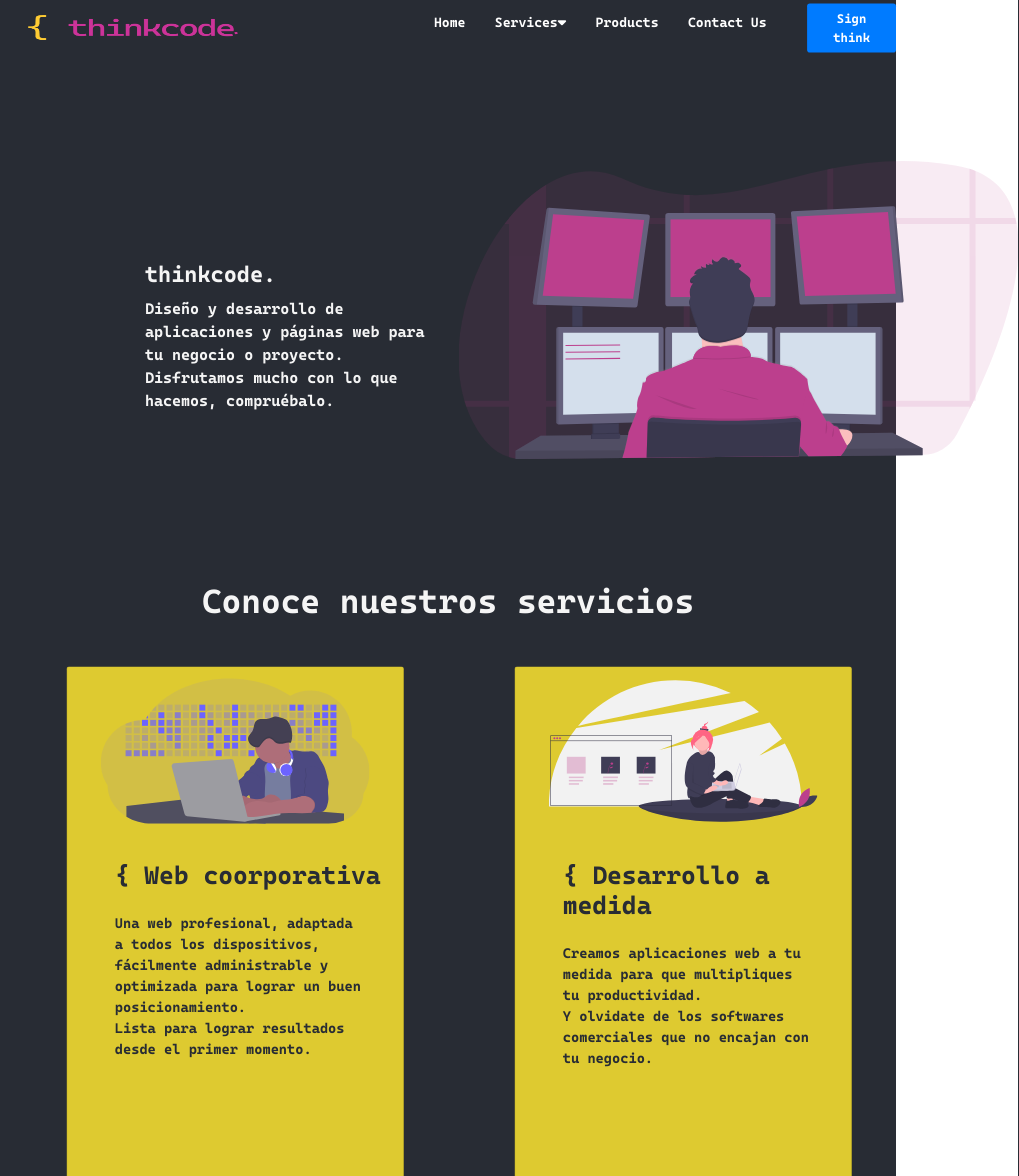
Repository: banchiec/thinkcode
Page: /
These files come from the project's save history. The page is drawn as it stood at one moment and after the next save; the edit follows.
The browser window is 1280 px wide. The page is 1455 px wide, so the pictures cover 1455 px, including what lies to the right of the window. The pictures show the part of the page from y = 0 to 1680 px (the page is 3430 px tall), at 70% of full size.
Some web libraries are served in a nearby version. The project was rebuilt for these pictures with package versions that can differ from the ones it lists, and the page was loaded fresh each time. A package was used in the major version that the imports need, not the one package.json lists. Also part of the build but not shown: src/components/MenuItems.js, src/components/Dropdownthink.css, src/components/Dropdownthink.js, src/components/pages/Consulting.js, src/components/pages/ContactUs.js, src/components/pages/Marketing.js, src/components/pages/Products.js, src/components/pages/Services.js and 1 more.

Above is the page before, as saved 2020-11-27 11:06:18.

### public/index.html
<!DOCTYPE html>
<html lang="en">
  <head>
    <meta charset="utf-8" />
    <link rel="icon" href="%PUBLIC_URL%/favicon.ico" />
    <meta name="viewport" content="width=device-width, initial-scale=1" />
    <meta name="theme-color" content="#000000" />
    <meta
      name="description"
      content="Web site created using create-react-app"
    />
    <link rel="apple-touch-icon" href="%PUBLIC_URL%/logo192.png" />
    <script src="https://kit.fontawesome.com/e7a02c1b14.js" crossorigin="anonymous"></script>
    <!--
      manifest.json provides metadata used when your web app is installed on a
      user's mobile device or desktop. See https://developers.google.com/web/fundamentals/web-app-manifest/
    -->
    <link rel="manifest" href="%PUBLIC_URL%/manifest.json" />
    <!--
      Notice the use of %PUBLIC_URL% in the tags above.
      It will be replaced with the URL of the `public` folder during the build.
      Only files inside the `public` folder can be referenced from the HTML.

      Unlike "/favicon.ico" or "favicon.ico", "%PUBLIC_URL%/favicon.ico" will
      work correctly both with client-side routing and a non-root public URL.
      Learn how to configure a non-root public URL by running `npm run build`.
    -->
    <title>React App</title>
  </head>
  <body>
    <noscript>You need to enable JavaScript to run this app.</noscript>
    <div id="root"></div>
    <!--
      This HTML file is a template.
      If you open it directly in the browser, you will see an empty page.

      You can add webfonts, meta tags, or analytics to this file.
      The build step will place the bundled scripts into the <body> tag.

      To begin the development, run `npm start` or `yarn start`.
      To create a production bundle, use `npm run build` or `yarn build`.
    -->


  </body>
</html>

### src/index.css
body {
  margin: 0;
  font-family: -apple-system, BlinkMacSystemFont, 'Segoe UI', 'Roboto', 'Oxygen',
    'Ubuntu', 'Cantarell', 'Fira Sans', 'Droid Sans', 'Helvetica Neue',
    sans-serif;
  -webkit-font-smoothing: antialiased;
  -moz-osx-font-smoothing: grayscale;
}

code {
  font-family: source-code-pro, Menlo, Monaco, Consolas, 'Courier New',
    monospace;
}
@font-face{
  font-family: 'CascadiaCode-Bold';
  src: local('CascadiaCode-Bold'), url(./fonts/CascadiaCode-Bold.ttf)
}

### src/App.js
import './App.css';
// import logo_thinkcode from './logo_thinkcode.png'
import React, {} from 'react'
import 'animate.css'
import Navbarthink from './components/Navbarthink'
import {BrowserRouter as Router, Switch, Route} from 'react-router-dom'

// import Button  from 'react-bootstrap/Button'
// import 'bootstrap/dist/css/bootstrap.min.css'

// import {Navbar,Button, Nav , NavLink} from 'react-bootstrap'

import Consulting from './components/pages/Consulting'
import ContactUs from './components/pages/ContactUs'
import Home from './components/pages/Home'
import Marketing from './components/pages/Marketing'
import Products from './components/pages/Products'
import Services from './components/pages/Services'
import SignUp from './components/pages/SignUp'

function App() {

  // const [click, setClick] = useState(false)
  // const [dropdown, setDropdown] = useState(false)




  return (
    <div className="App">
      <Router>
        <Navbarthink/>
        <Switch>
          <Route path='/consulting' exact component ={Consulting}></Route>
          <Route path='/contact-us' exact component ={ContactUs}></Route>
          <Route path='/' exact component ={Home}></Route>
          <Route path='/marketing' exact component ={Marketing}></Route>
          <Route path='/products' exact component ={Products}></Route>
          <Route path='/services' exact component ={Services}></Route>
          <Route path='/sign-up' exact component ={SignUp}></Route>
        </Switch>
      </Router>

      {/* <Navbar className="navbar_thinkcode "  expand="lg">
        <Navbar.Brand href ="#home">
          <img
            alt=""
            src={logo_thinkcode}
            className="d-inline-block align-top ml-4"
            width="320"
            height="50"
          />
        </Navbar.Brand>
        <Navbar.Toggle aria-controls="responsive-navbar-nav" ></Navbar.Toggle>

        <Navbar.Collapse id="responsive-navbar-nav" className="ml-5 ">
          <Nav className="collapse navbar-collapse">
            <NavLink className="enlace_navbar ">Páginas web</NavLink>
            <NavLink className="enlace_navbar">Desarrollo a medida</NavLink>
            <NavLink className="enlace_navbar">Portafolio</NavLink>
            <NavLink className="enlace_navbar">Contacto</NavLink>
          </Nav>
        </Navbar.Collapse>
        <Button variant="success">¿Hablamos?</Button>
      </Navbar> */}

      {/* <header className="App-header">
        <h1>thinkcode</h1>
        <Button>send up</Button>
      </header> */}
    </div>
  );
}

export default App;

### src/App.css
*{
  box-sizing: border-box;
  margin: 0;
  padding: 0;
  font-family: CascadiaCode-Bold;
  /* background: #282c34 ; */
  /* background: linear-gradient(90deg, rgb(76, 80, 88) 100%, rgb(8, 8, 9) 0%); */
}

.App {
  text-align: center;
  background: #282c34 ;
}

.App-logo {
  height: 40vmin;
  pointer-events: none;
}

.home, .services, .products,.contact-us,.sign-up, .marketing, .consulting{
  display: flex;
  height: 90vh;
  align-items: center;
  justify-content: center;
  font-size: 3rem;
}





@media (prefers-reduced-motion: no-preference) {
  .App-logo {
    animation: App-logo-spin infinite 20s linear;
  }
}

.App-header {
  background-color: #282c34;
  min-height: 100vh;
  display: flex;
  flex-direction: column;
  align-items: center;
  justify-content: center;
  font-size: calc(10px + 2vmin);
  color: white;
}

.App-link {
  color: #61dafb;
}

@keyframes App-logo-spin {
  from {
    transform: rotate(0deg);
  }
  to {
    transform: rotate(360deg);
  }
}

### src/components/Navbarthink.js
import React, { useState} from 'react'
import logo_thinkcode from '../images/logo_thinkcode.png'
// import logo_thinkcode from '../images/logo_thinkcode.png'
import { Buttonthink} from './Buttonthink'
import {Link} from 'react-router-dom'
import './Navbarthink.css'
import Dropdownthink from './Dropdownthink'

export default function Navbarthink(){
    const [click, setClick] = useState(false)
    const [dropdown, setDropdown] = useState(false)

    const handleClick = () => setClick(!click)
    const closeMobileMenu = () => setClick(false)

    const onMouseEnter = () =>{
        if(window.innerWidth < 960) {
        setDropdown(false)
        } else {
        setDropdown(true)
        }
    }
    const onMouseLeave = () =>{
        if(window.innerWidth < 960) {
        setDropdown(false)
        } else {
        setDropdown(false)
        }
    }

    return(
        <>
            <nav className="navbarthink">
                <Link to='/' className="navbar-logo">
                    {/* thinkcode */}
                    <img alt="" src={logo_thinkcode} width="300" height="40"></img>
                </Link>
                <div className='menu-icon' onClick={handleClick}>
                    <i className={click ? 'fas fa-times' : 'fas fa-bars'}
                    />
                </div>
                <ul className={ click ? 'nav-menu active' : 'nav-menu'}>

                    <li className='nav-item'>
                        <Link to='/' className='nav-links' onClick={closeMobileMenu}>
                            Home
                        </Link>
                    </li>
                    <li className='nav-item'
                        onMouseEnter={onMouseEnter}
                        onMouseLeave={onMouseLeave}
                        // onClick={handleClick}
                        >
                        <Link to='/services' className='nav-links' onClick={closeMobileMenu}>
                           Services
                           <i className='fas fa-caret-down' />
                        </Link>
                        {dropdown && <Dropdownthink/>}
                    </li>
                    <li className='nav-item'>
                        <Link to='/products' className='nav-links' onClick={closeMobileMenu}>
                            Products
                        </Link>
                    </li>
                    <li className='nav-item'>
                        <Link to='/contact-us' className='nav-links' onClick={closeMobileMenu}>
                           Contact Us
                        </Link>
                    </li>
                    <li className='nav-item'>
                        <Link to='/sign-up' className='nav-links-mobile' onClick={closeMobileMenu}>
                           Sign up
                        </Link>
                    </li>

                </ul>
                <Buttonthink />
            </nav>
        </>
    )

}

### src/components/pages/Home.js
import React from 'react'
import InfoSection from '../infoSection/InfoSection'
import Pricing from '../pricing/Pricing'

export default function Home() {
    return (
        <div>
            <InfoSection></InfoSection>
            <Pricing></Pricing>
            <InfoSection></InfoSection>
           {/* <h1 className='consulting' >Thinkcode</h1> */}
        </div>
    )
}

### src/components/Buttonthink.js
import React  from 'react'
import './Buttonthink.css'
import {Link} from 'react-router-dom'

export function Buttonthink() {
        return (
            <Link to ='sing-up'>
               <button className='btnthink'>Sign think </button>
            </Link>
        )
}

### src/components/Navbarthink.css
.navbarthink{
  /* background: linear-gradient(9deg, rgb(66, 80, 88) 0%, rgb(8, 8, 9) 100%); */
  background: #282c34;

  height: 80px;
  display: flex;
  justify-content: center;
  align-items: center;
  font-size: 1.2rem;
}

.navbar-logo {
  color: #fff;
  justify-self: start;
  margin-left: 40px;
  cursor: pointer;
  text-decoration: none;
}

.fa-firstdraft {
  margin-left: 0.5rem;
  font-size: 1.6rem;
}

.nav-menu {
  display: grid;
  grid-template-columns: repeat(5, auto);
  grid-gap: 10px;
  list-style: none;
  text-align: center;
  width: 70vw;
  justify-content: end;
  margin-right: 2rem;
}

.nav-item {
  display: flex;
  align-items: center;
  height: 80px;
}

.nav-links {
  color: white;
  text-decoration: none;
  padding: 0.5rem 1rem;
}

.nav-links:hover {
  background-color: #1888ff;
  border-radius: 4px;
  transition: all 0.2s ease-out;
}

.fa-bars {
  color: #fff;
}

.nav-links-mobile {
  display: none;
}

.menu-icon {
  display: none;
}

@media screen and (max-width: 960px) {
  /* .text-propuesta {
    margin-top: 12rem;
  }
 */
  .fa-caret-down {
    display: none;
  }
  .NavbarItems {
    position: relative;
  }

  .nav-menu {
    display: flex;
    flex-direction: column;
    width: 100%;
    height: 90vh;
    position: absolute;
    top: 80px;
    left: -100%;
    opacity: 1;
    transition: all 0.9s ease;
  }

  .nav-menu.active {
    background: #2a2c30;
    left: 0;
    opacity: 1;
    transition: all 0.5s ease;
    z-index: 1;
  }

  .nav-links {
    text-align: center;
    padding: 2rem;
    width: 100%;
    display: table;
  }

  .nav-links:hover {
    background-color: #1888ff;
    border-radius: 0;
  }

  .navbar-logo {
    position: absolute;
    top: 0;
    left: 0;
    transform: translate(25%, 50%);
  }

  .menu-icon {
    display: block;
    position: absolute;
    top: 0;
    right: 0;
    transform: translate(-100%, 60%);
    font-size: 1.8rem;
    cursor: pointer;
  }

  .fa-times {
    color: #fff;
    font-size: 2rem;
  }

  .nav-links-mobile {
    display: block;
    text-align: center;
    padding: 1.5rem;
    margin: 2rem auto;
    border-radius: 4px;
    width: 80%;
    background: #1888ff;
    text-decoration: none;
    color: #fff;
    font-size: 1.5rem;
  }

  .nav-links-mobile:hover {
    background: #fff;
    color: #1888ff;
    transition: 250ms;
  }

  button {
    display: none;
  }
}

### src/components/infoSection/InfoSection.js
import React from 'react'
import imagensvg3 from '../../images/imagensvg3.svg'
import 'bootstrap/dist/css/bootstrap.min.css'
import './infoSection.css'
import {Col, Container,Row,} from 'react-bootstrap'

export default function InfoSection() {
    return (
            <Container fluid  className="content-infoSection">
                <Row>
                    <Col  md={6} lg={6} >
                        <div className="content-text-infoSection">
                            <h2 >thinkcode.<span className="text-title-infoSection animate__animated animate__slideOutLeft">developers</span></h2>
                            <p className="text-infoSection">Diseño y desarrollo de aplicaciones y páginas web para tu negocio o proyecto.
                            Disfrutamos mucho con lo que hacemos, compruébalo.</p>
                        </div>
                    </Col>
                    <Col  md={6} lg={6}  >
                        <img  className="imagensvg-infoSection" alt="" src={imagensvg3}></img>
                    </Col>

                    </Row>

            </Container >
    )
}

### src/components/pricing/Pricing.js

import React from 'react'
import './Pricing.css'
import imagen_desarrollo_a_medida from '../../images/imagen_desarrollo_a_medida.svg'
import imagensvg4 from '../../images/imagensvg4.svg'
import imagen_code_thinking from '../../images/image_code_thinking.svg'
import 'bootstrap/dist/css/bootstrap.min.css'
import {Card, Container, Button, Row, Col} from 'react-bootstrap'

export default function Pricing() {


    return (
        <Container fluid className ="container-pricing">
                <h1 className="text-propuesta animate__animated animate__backInLeft">Conoce nuestros servicios</h1>
            <Row>
                <Col  className="container-card">

                    <Card  className="animate__animated card-pricing" >
                        <Card.Img className="image-pricing" variant ="top" src={imagensvg4}></Card.Img>
                        <Card.Body>
                            <h2 className="title-card">&#123;  Web coorporativa</h2>
                            <p className="text-card">
                                Una web profesional, adaptada a todos los dispositivos, fácilmente administrable y optimizada para lograr un buen posicionamiento.
                                <br/>Lista para lograr resultados desde el primer momento.
                            </p>
                            <Button  className="card-button" variant="primary">Quieres una web profesional</Button>
                        </Card.Body>
                    </Card>
                </Col>
                <Col  className="container-card">

                    <Card className="card-pricing">
                        <Card.Img className="image-pricing"variant ="top" src={imagen_desarrollo_a_medida}></Card.Img>
                    <Card.Body>
                        <h2 className="title-card">&#123;  Desarrollo a medida</h2>
                        <p className="text-card">
                            Creamos aplicaciones web a tu medida para que multipliques tu productividad.<br/>
                            Y olvidate de los softwares comerciales que no encajan con tu negocio.
                        </p>
                        <Button className="card-button" variant="primary">Quieres un desarrollo a medida</Button>
                    </Card.Body>
                    </Card>
                </Col>
                <Col className="container-card">
                    <Card  className="card-pricing" >
                        <Card.Img className="image-pricing" variant ="top" src={imagen_code_thinking}></Card.Img>
                    <Card.Body>
                        <h2 className="title-card">&#123; Marketing</h2>
                        <p className="text-card">
                            Porque no quieres salir 1º en Google, tu lo que quieres es vender. <br/>

                            Nuestro marketing es diferente, no prometemos resultados imposibles, pero si
                            trabajo duro y experiencia. En nuestro método de marketing, tú tambien juegas.                        </p>
                        <Button  className="card-button" variant="primary">Quieres que te asesoremos</Button>
                    </Card.Body>
                    </Card>
                </Col>
            </Row>

        </Container>
    )
}

### src/components/Buttonthink.css
:root{
    --primary: #1888ff;
}
.btnthink{
    padding: 8px 20px;
    border-radius: 4px;
    outline: none;
    border: none;
    font-size: 18px;
    color: #fff;
    cursor: pointer;
    background-color: var(--primary);
}
.btnthink:hover {
    padding: 6px 18px;
    transition: all 1.5s ease-out;
    background-color: transparent;
    color: #2a2a2a;
    border-radius: 4px;
    border: 2px solid var(--primary)
}

### src/components/infoSection/infoSection.css
.imagensvg-infoSection {
    padding: 0;
    /* border-right: 5px; */
    width: 800px;

}
.content-infoSection {
    /* padding: 0; */
    margin-top: 150px;
    background: #282c34 ;
    height: 600px;
    /* border: 1px solid rebeccapurple; */
}
.content-text-infoSection {
    margin-left: 12rem;
    margin-top: 8rem;
    text-align: start;
    /* border: 0; */
    /* padding: 0; */
    /* border: 1px solid whitesmoke; */
    color: whitesmoke;
}
.text-title-infoSection{
    font-size: 3rem;
    /* size: 12px; */
}
.text-infoSection {
    font-size: 22px;
}
@media screen and (max-width: 960px) {
    .content-infoSection {
        margin-top: 0px;
    }
    .text-infoSection{
        margin-top: 3rem;
        margin-left: 1rem;
        margin-right: 1rem;
    }
    .imagensvg-infoSection{
        margin-top: 5rem;
        width: 500px;
    }
    .content-text-infoSection {
        margin-left: 1rem;
    }
    .text-propuesta {
        margin-top: 15rem;
    }

}

### src/components/pricing/Pricing.css
.container-pricing {
    /* background-color: whitesmoke; */
    /* border: 1px solid white; */
    /* height:  800px; */
    background: linear-gradient(90deg, rgb(76, 80, 88) 100%, rgb(66, 66 66) 0%);
    /* z-index: -1; */
}
.container-card{
    padding-top: 4rem;
    align-content: center;
    padding: auto;
    text-align: start;
    /* height: 600px; */
    /* background-color: violet; */
    /* color: transparent; */
}
.card-pricing {
    /* width: 34rem; */
    margin-left: 5rem;
    background: #deca30;
    /* background: #3b4454; */
    /* background: linear-gradient(90deg, rgb(224, 242, 241) 0%, rgb(255, 255, 255) 100%); */
    margin-right: 3rem;
    height: 52rem;
}
.card-button {
    /* margin-top: 3rem; */
    /* margin-left: 13rem; */
    position: absolute;
    right: 18px;
    bottom: 18px;
    color: whitesmoke;
}
.text-card {
    padding-top: 1.5rem;
    padding-left: 3rem;
    padding-right: 2.5rem;
    color: #282c34;
    font-size: 20px;
}
.image-pricing {
    height: 15rem;
    width: 80%;
    align-self: center;
}
.title-card {
    padding-top: 1rem;
    padding-left: 3rem;
    color: #282c34;
    font-size: 36px;
}
.text-propuesta {
    display:inline-block;
    margin: 0 0.5rem;
    animation: bounce;
    animation-duration: 2s;
    color: whitesmoke;
    font-size: 3rem;
}

Loaded but not shown: src/index.js (common file); src/reportWebVitals.js (common file)

After the next save:
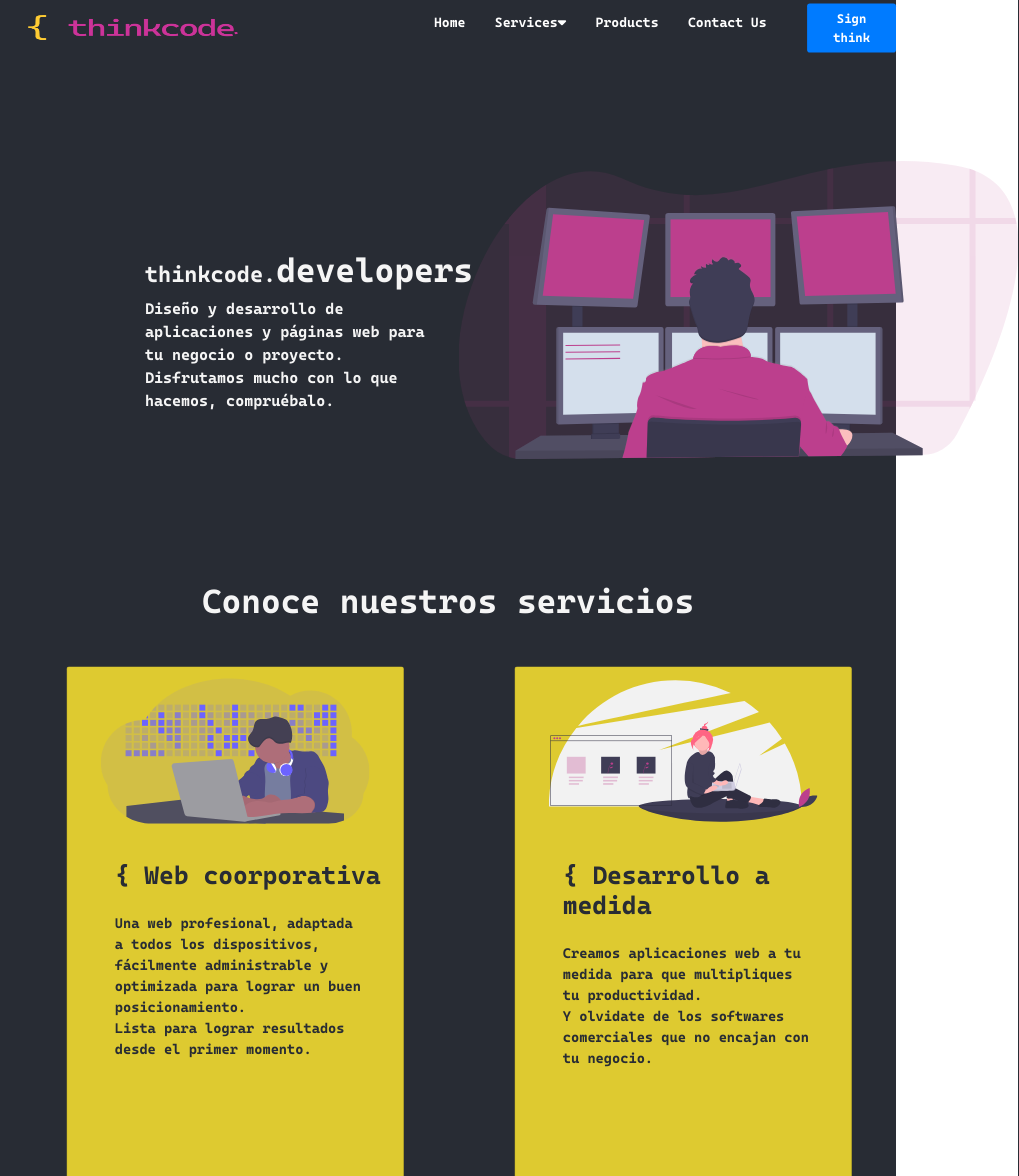
Saved 6 min 38 s later.
--- a/src/components/infoSection/InfoSection.js
+++ b/src/components/infoSection/InfoSection.js
@@ -10,7 +10,7 @@ export default function InfoSection() {
                 <Row>
                     <Col  md={6} lg={6} >
                         <div className="content-text-infoSection">
-                            <h2 >thinkcode.<span className="text-title-infoSection animate__animated animate__slideOutLeft">developers</span></h2>
+                            <h2 >thinkcode.<span className="text-title-infoSection animate__animated animate__bounce">developers</span></h2>
                             <p className="text-infoSection">Diseño y desarrollo de aplicaciones y páginas web para tu negocio o proyecto.
                             Disfrutamos mucho con lo que hacemos, compruébalo.</p>
                         </div>
